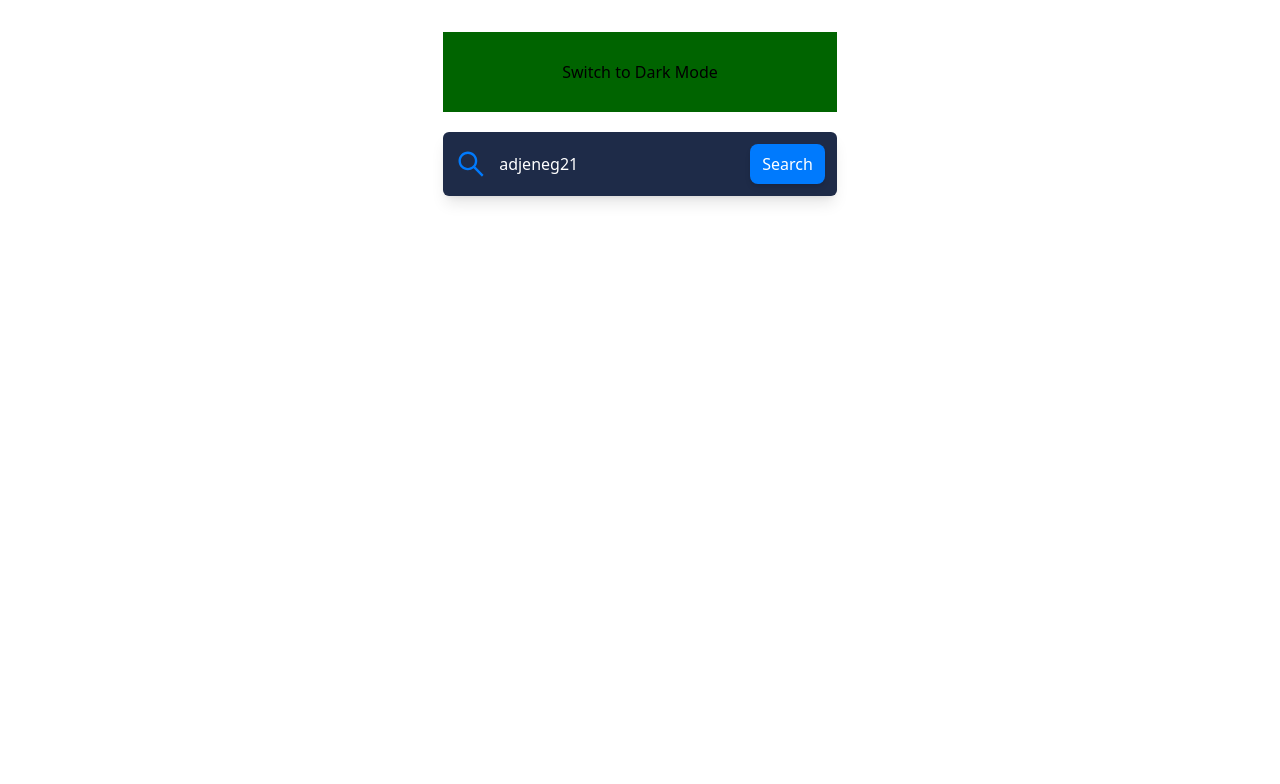
Repository: Gabriel221-dev/Git-Project
Page: /
These files come from the project's save history. The page is drawn as it stood at one moment and after the next save; the edit follows.
The browser window is 1280 px wide. The pictures show the whole page.
The page's requests for data from a server got no answer. The project was rebuilt for these pictures with package versions that can differ from the ones it lists, and the page was loaded fresh each time. No one was signed in, and anything a server would have sent is missing. Also part of the build but not shown: vite.config.js, src/components/Preview/Preview.jsx.

Above is the page before, as saved 2024-06-28 12:07:31.

After the next save:
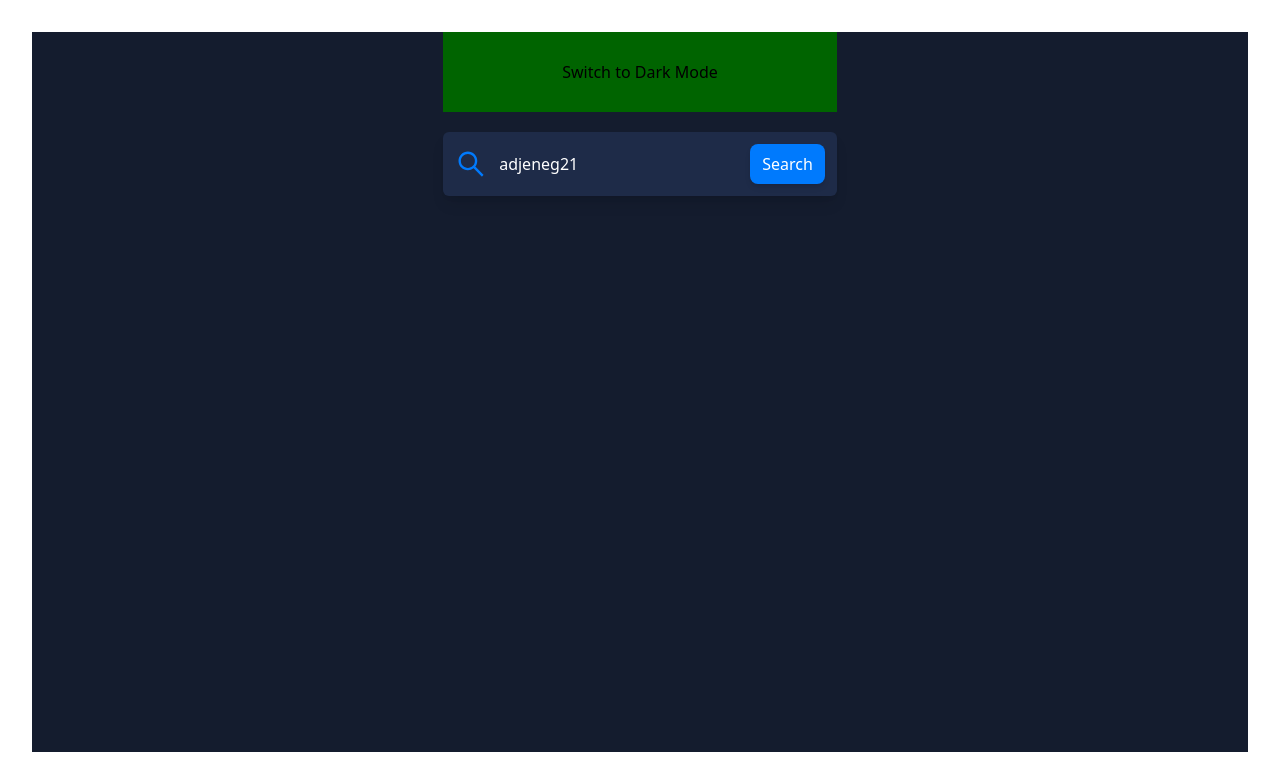
Saved 24 s later.
--- a/src/App.jsx
+++ b/src/App.jsx
@@ -52,7 +52,7 @@
   };
 
   return (
-    <div className="flex flex-col gap-5 h-screen w-full justify-content items-center">
+    <div className="flex flex-col gap-5 h-screen w-full justify-content items-center bg-dark-bg">
       <div
         className={`App ${
           isDarkMode ? "dark" : ""
